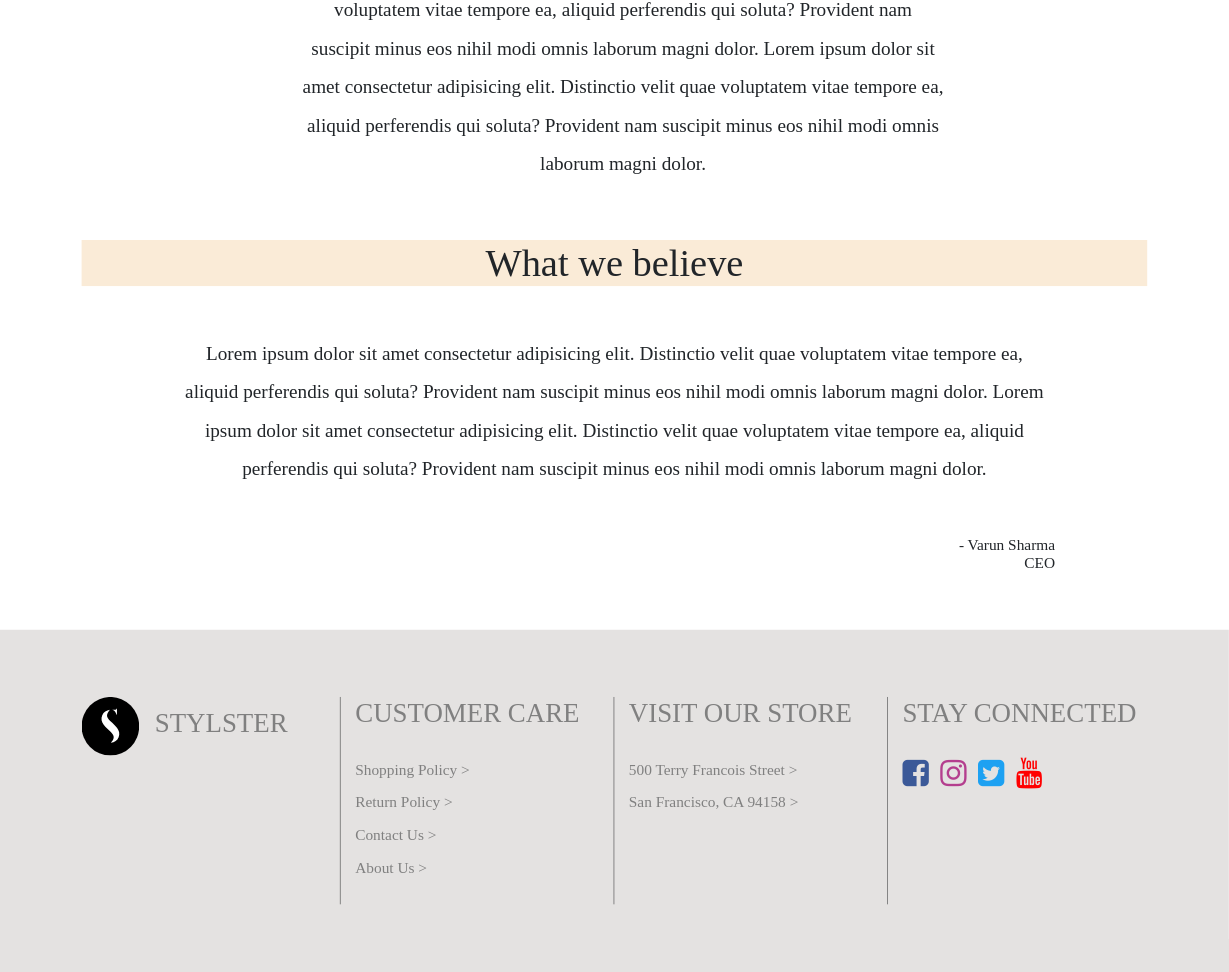
Repository: Lovekr/stylester
Page: stylster_frontend_design/career.html
An editor plug-in stored every save of this project. The page is shown before and after the next save, followed by the edit.
The browser window is 1280 px wide. The pictures show the part of the page from y = 875 to 1887 px (the page is 1887 px tall), at 96% of full size.
Some web fonts or font styles are not loaded; a fallback is used.

Above is the page before, as saved 2020-02-26 17:14:43.
Not found: stylster_frontend_design/css/asset/brown leaf-01.svg

### stylster_frontend_design/career.html
<!DOCTYPE html>
<html lang="en">
<head>
    <meta charset="UTF-8">
    <meta name="viewport" content="width=device-width, initial-scale=1.0">
    <link rel="stylesheet" href="https://stackpath.bootstrapcdn.com/bootstrap/4.4.1/css/bootstrap.min.css" >
     <link rel="stylesheet" href="./css/owl.carousel.css">
     <link rel="stylesheet" href="./css//owl.theme.default.min.css">
     <link rel="stylesheet" href="https://cdnjs.cloudflare.com/ajax/libs/font-awesome/4.7.0/css/font-awesome.min.css">
    <link rel="stylesheet" href="./css/career.css">

    <title>STYLSTER</title>
</head>
<body>


  <div id="navbar">
    <nav class="navbar navbar-expand-lg navbar-light">
        <img class="pr-3"
        src="./asset/stylster logo1-01.svg"><a class="navbar-brand" href="#">STYLSTER</a>

      <button class="navbar-toggler" type="button" data-toggle="collapse" data-target="#navbarSupportedContent" aria-controls="navbarSupportedContent" aria-expanded="false" aria-label="Toggle navigation">
        <span class="navbar-toggler-icon"></span>
    </button>
        <div class="collapse navbar-collapse" id="navbarSupportedContent">
          <input type="text" placeholder="e.g. T-shirt, Top ...">
          <div class="navbar-manu-inside">
            <a href="#">MEN</a>
            <a href="#">WOMEN</a>
            <a href="#">DEALS</a>
            <a href="#">STYLE PICK</a>
            <a href="#">BLOGGER NETWORK</a>
            <a href="#">ABOUT</a>
          </div>
          <div class="displaynone1000">
            <div>
                <i class="fa fa-facebook-square"></i>
                <i class="fa fa-instagram"></i>
                <i class="fa fa-pinterest-square"></i>
                <i class="fa fa-youtube"></i>
              </div>
              <div class="flexIcon">
                <i class="fa fa-heart border border-dark"></i>
                    <i class="fa fa-user border border-dark"></i>
              </div>
          </div>
        </div>

    </nav>
    <div class="navbar-manu">
      <a href="#">MEN</a>
      <a href="#">WOMEN</a>
      <a href="#">DEALS</a>
      <a href="#">STYLE PICK</a>
      <a href="#">BLOGGER NETWORK</a>
      <a href="#">ABOUT</a>
    </div>
</div>
<div class="container mt-5 interested text-center">
  <div class="flex1">
       <h4 class="mr-3 pb-2">I'm Interested in </h4>
       <select class="mr-3 mb-2 form-control" id="exampleFormControlSelect1">
           <option>Choose your category </option>
           <option>2</option>
           <option>3</option>
           <option>4</option>
           <option>5</option>
       </select>
       <div>
           <button type="button" class="btn">GO</button>
       </div>
  </div>
</div>
    <div class="main-header bgOffice">
        <h1 class="career-header">Join Stylster...</h1>
    </div>


     <div class="container-fluid backgroundimg">
           <div class="career-sub-text">
                <p >Lorem ipsum dolor sit amet consectetur adipisicing elit. Distinctio velit quae voluptatem vitae tempore ea, aliquid perferendis qui soluta? Provident nam suscipit minus eos nihil modi omnis laborum magni dolor. Lorem ipsum dolor sit amet consectetur adipisicing elit. Distinctio velit quae voluptatem vitae tempore ea, aliquid perferendis qui soluta? Provident nam suscipit minus eos nihil modi omnis laborum magni dolor.</p>
            </div>
            <div class="text-center career-head-believe container">
                <h1>What we believe</h1>
                <p>Lorem ipsum dolor sit amet consectetur adipisicing elit. Distinctio velit quae voluptatem vitae tempore ea, aliquid perferendis qui soluta? Provident nam suscipit minus eos nihil modi omnis laborum magni dolor. Lorem ipsum dolor sit amet consectetur adipisicing elit. Distinctio velit quae voluptatem vitae tempore ea, aliquid perferendis qui soluta? Provident nam suscipit minus eos nihil modi omnis laborum magni dolor.</p>
               <div class="text-right mr-5 pr-5">
                <h6>- Varun Sharma </h6>
                <h6 class="">CEO</h6>
               </div>
            </div>
        </div>


        <div id="footer" class="container-fluid">
          <div class="row">
              <div class="col-xs-12 col-sm-6 col-md-3 rline">
                <h3 class="footer-stylster"><img class="pr-3" src="./asset/stylster logo1-01.svg">STYLSTER</h1>


              </div>
              <div class="col-xs-12 col-sm-6 col-md-3 rline rline3">
                  <h3>CUSTOMER CARE</h3>
                  <ul>
                      <li><a href="#">Shopping Policy ></a></li>
                      <li><a href="#">Return Policy ></a></li>
                      <li><a href="#">Contact Us ></a></li>
                      <li><a href="#">About Us ></a></li>
                  </ul>

              </div>
              <div class="col-xs-12 col-sm-6 col-md-3 rline">
                  <h3>VISIT OUR STORE</h3>
                  <ul>
                      <li><a href="#">500 Terry Francois Street ></a></li>
                      <li><a href="#">San Francisco, CA 94158 ></a></li>

                  </ul>
              </div>
              <div class="col-xs-12 col-sm-6 col-md-3 rline2">
                  <h3>STAY CONNECTED</h3>
                  <div class="mt-4">
                      <a href="#"><i class="fa fa-facebook-square fa-2x pr-2"></i></a>
                      <a href="#"><i class="fa fa-instagram fa-2x pr-2"></i></a>
                      <a href="#"><i class="fa fa-twitter-square fa-2x pr-2"></i></a>
                      <a href="#"><i class="fa fa-youtube fa-2x "></i></a>

                  </div>
              </div>
          </div>
        </div>


<script src="https://code.jquery.com/jquery-3.4.1.slim.min.js" ></script>
<script src="https://cdn.jsdelivr.net/npm/popper.js@1.16.0/dist/umd/popper.min.js" ></script>
<script src="https://stackpath.bootstrapcdn.com/bootstrap/4.4.1/js/bootstrap.min.js" ></script>

</body>
</html>

### stylster_frontend_design/css/career.css
@import url('https://fonts.googleapis.com/css?family=Allerta+Stencil&display=swap');
html *
{
    font-family: 'Allerta Stencil';

}
*{
    margin: 0;
    padding: 0;
}
h1,h2,h3,h4,h5,h6,p{
    padding: 0px;
    margin: 0px;
}
.backgroundimg {
    background: url("./asset/brown leaf-01.svg");
    background-size: cover;
    width: 100%;
}

/* navbar */


#navbar{
    background-color: rgb(218, 214, 214) !important;
}
#navbar .navbar-brand{
    font-size: 40px;
    font-weight: 500;
}
#navbar i{
    margin-right: 10px;
    font-size: 20px;
}

#navbar .nav-link{
    color: black;
    margin:0px 20px 0px 20px;
    text-decoration: underline;
    font-weight: 500;
}

.flexIcon{
    display: flex;
    justify-content: center;
    width: 100%;
}
.flexIcon i{

   width: 30px;
   padding: 3px  7px;
   height: 25px;
}

#navbar input{
    width: 65%;
    margin:auto 200px auto 30px;
     outline: 0;
    border-width: 0 0 2px;
    border-color: rgb(179, 174, 174);
    background-color: rgb(218, 214, 214) !important;

}
#navbar input:focus {
    border-color: black
  }
  #navbar input::placeholder{
      padding-left: 10px;
  }

.navbar-manu{
    display: flex;
    justify-content: center;
}
.navbar-manu a{
    margin: 10px 50px;
}
.navbar-manu a{
    color: black !important;
   font-weight: 500;
}
.navbar-manu a:hover{
    text-decoration: underline;
}
.fa-facebook-square {
    color: #3b5998;
  }
.fa-instagram {
    color: #B43E8E;
}
.fa-pinterest-square {
    color: #bd081c;
}
.fa-youtube {
      color: #FF0000;
}
.fa-twitter-square {
    color: #1da1f2;
}
::placeholder {
    color:white !important;
}
@media only screen and (min-width: 1000px){
    .navbar-manu-inside{
        display: none;
    }
}

@media only screen and (max-width: 1000px){
    .displaynone1000{
        display: none;
    }
    .navbar-manu{
        display: none;

    }

    .navbar-manu-inside {
        display: flex;
        flex-direction: column;
        margin: 20px 0px 20px 30px;
        padding: 20px 0px;
    }

    .navbar-manu-inside a{
            margin: 10px 0px;
            color: black !important;
            font-weight: 500;
    }

}
@media only screen and (max-width: 1024px){
    #navbar input {
    width: 50%;
    }
    .navbar-manu a {
        margin: 10px 20px;
    }
}

@media only screen and (max-width: 770px){
    #navbar input {
        width: 70%;
    }
}

@media only screen and (max-width: 450px){
    #navbar input {
        width: 100%;
        margin:auto;
        margin-top: 15px;
    }
}











  /* main header */

  .bgOffice{
      background: url('https://images.unsplash.com/photo-1497366811353-6870744d04b2?ixlib=rb-1.2.1&ixid=eyJhcHBfaWQiOjEyMDd9&auto=format&fit=crop&w=750&q=80');
      background-size: cover;
      width: 100%;
      height: 90vh;
      background-position: center;
      background-repeat: no-repeat;


    }

.bgOffice .career-header{
    position: relative;
    top: 35%;
    width: 900px !important;
    text-align: right;

    font-size: 80px;
    background-color: antiquewhite;
    opacity: .7;
    padding: 3px 20px;
    width: 500px;
}

.career-sub-text{
    background-color: white;
    width: 60vw;
    position: relative;;
   top: -100px;
   left: 20%;
    line-height: 40px;
    padding: 50px;
    width: 100;
    border-radius: 20px;
    align-items: center;
    font-size: 20px;
    text-align: center;
}
.career-head-believe{
    margin-top:-90px !important;
}
.career-head-believe h1{
     background-color: antiquewhite;
     padding: 0px 300px;

}

.career-head-believe p{
    padding: 50px 100px;
    font-size: 20px;
    line-height: 40px;
}
.interested{
    padding: 0px 150px;

}
.interested select{
    width: 400px;
}

.interested .form-control{
    color: white;
    background-color: black;
}
.interested .btn{
    background-color: black;
    color: white;
    font-weight: 600;
}
.interested button:hover{
    background-color: rgb(163, 157, 157);
    color: black;
}
.interested .flex1{
    display: flex;
    justify-content: center;
}

/* responsive 1024 */


@media only screen and (max-width: 1100px) {
    #navbar .displaynone1000{
       display: none;
    }
    .bgOffice .career-header {
        width: 730px !important;
    }
    .career-sub-text {
        bottom: -10%;
        font-size: 25px;
    }
    .career-head-believe p{
        font-size: 25px;
    }


}

/* responsive 770 */

@media only screen and (max-width: 770px) {

  .career-head-believe p {
        padding: 50px 100px;
    }

    .career-sub-text {
        width: 80vw;
        left: 10%;
        bottom: -20% !important;
        font-size: 18px;

    }
    .bgOffice .career-header {
        width: 650px !important;
    }
    .career-head-believe{
        margin-top: 300px;
    }
    .career-head-believe h1{
        padding: 0px  100px;
    }
    .career-head-believe p{
        font-size: 18px;
    }
    .interested .flex1{

    }
    .flex1{
        display: flex;
        flex-direction: column;
        justify-content: center;
    }

}


/* footer */


#footer .row{
    padding: 70px;

}

#footer{
    margin-top: 60px;
    background-color: rgb(228, 226, 225);
}
/* .footer-stylster{
    line-height: 0;
} */
#footer ul {
    list-style: none;
}
#footer a,#footer h3{
    color: gray;
}
#footer a:hover{
    color: black;
    font-weight: 500;
}

.rline{
    border-right: 1px solid gray;

}

#footer ul li{
    padding-bottom: 10px;
}
#footer h3{
    margin-bottom: 30px;
}

@media only screen and (max-width: 770px){


    #footer .row {
        padding: 30px;
    }


}

@media only screen and (max-width: 420px){

    .rline{
        border: none;
    }

}


@media only screen and (max-width: 1024px){
    .career-sub-text {
        bottom: -5%;
    }
    .career-sub-text {

        width: 80vw;

        top: -200px;
        left: 10%;

    }
}

/* min 1024 */
@media only screen and (min-width: 1030px) {

    .bgOffice .career-header {
        width: 650px ;
    }
    .career-sub-text {
        bottom: -30%;
    }

}

@media only screen and (max-width: 380px){
    /* .career-sub-text {
        bottom: -20;
    } */
}
/* max 400 */
@media only screen and (max-width: 450px){
    .bgOffice .career-header {
        width: 300px !important;
        font-size: 30px;
    }
    .career-head-believe{
        margin-top: -180px !important;
    }
    .interested {
        align-items: center;
    }
    .interested select{
        width: 250px;
        display: flex !important;
        width: 100%;
        justify-content: center;
    }
    .form-control{
        display: none;
    }
    .career-sub-text{
        font-size: 14px;
        line-height: 1.5;
        padding: 20px;
        width: 80vw;
        left: 7%;
    }
    .career-head-believe{
         margin-top: 200px;
    }
    .career-head-believe p{
        padding: 50px 20px;
        line-height: 1.5;
        font-size: 14px;
    }
    .career-sub-text {
        bottom: -25%;
    }
    .interested {
        padding: 0px 50px;
    }
    .career-head-believe h1{
        padding: 0px  50px;
        font-size: 30px;
    }
    .interested .btn{
        padding: 0;
    height: 35px;
    width: 50px;
    }


}

/* @media only screen and (max-width: 500px){
    .bgOffice .career-header {
        top: ;
} */

Loaded but not shown: stylster_frontend_design/css/owl.carousel.css (library); stylster_frontend_design/css/owl.theme.default.min.css (common file)

After the next save:
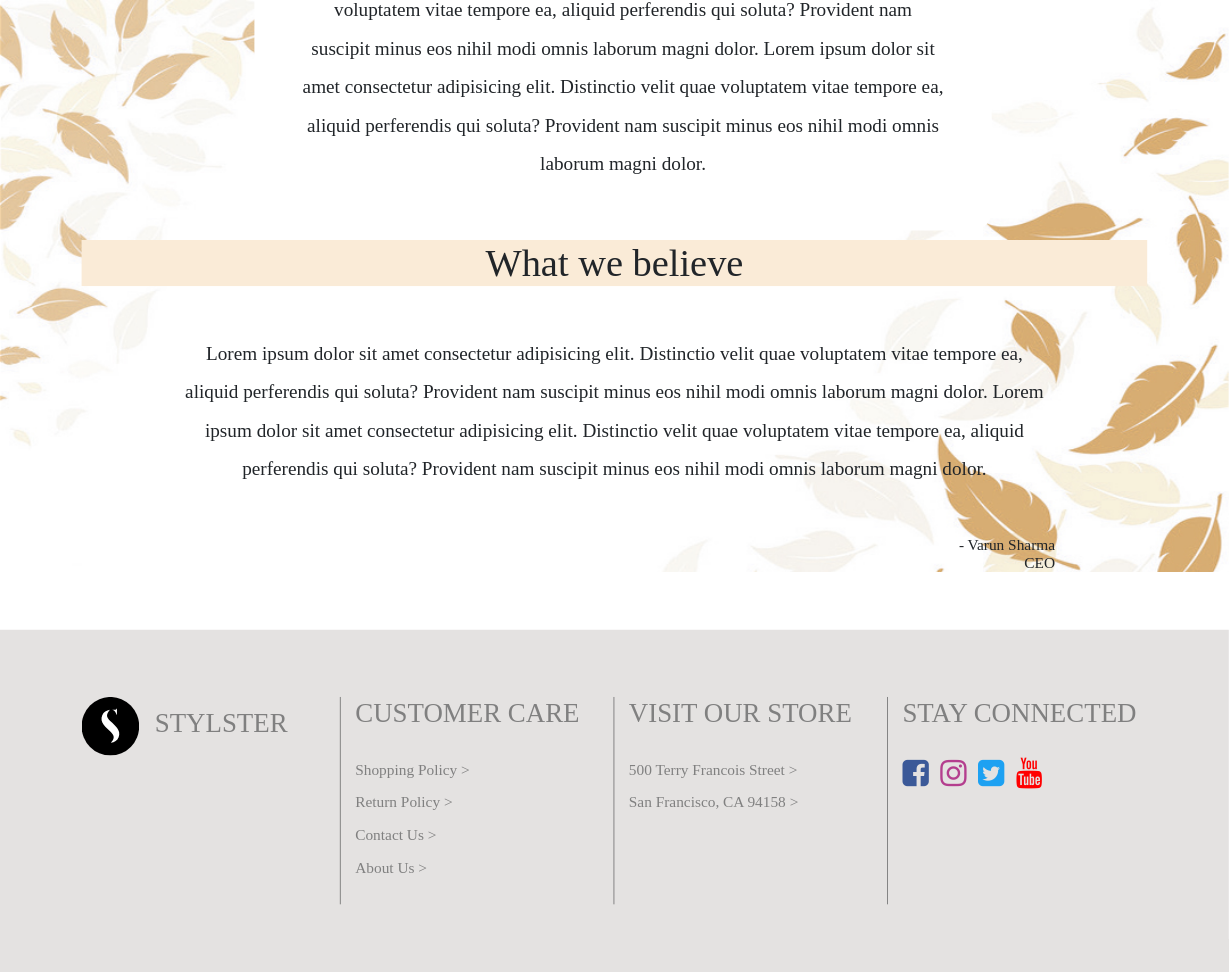
Saved 37 s later.
--- a/stylster_frontend_design/css/career.css
+++ b/stylster_frontend_design/css/career.css
@@ -13,7 +13,7 @@ h1,h2,h3,h4,h5,h6,p{
     margin: 0px;
 }
 .backgroundimg {
-    background: url("./asset/brown leaf-01.svg");
+    background: url("../asset/brown\ leaf-01.svg");
     background-size: cover;
     width: 100%;
 }
